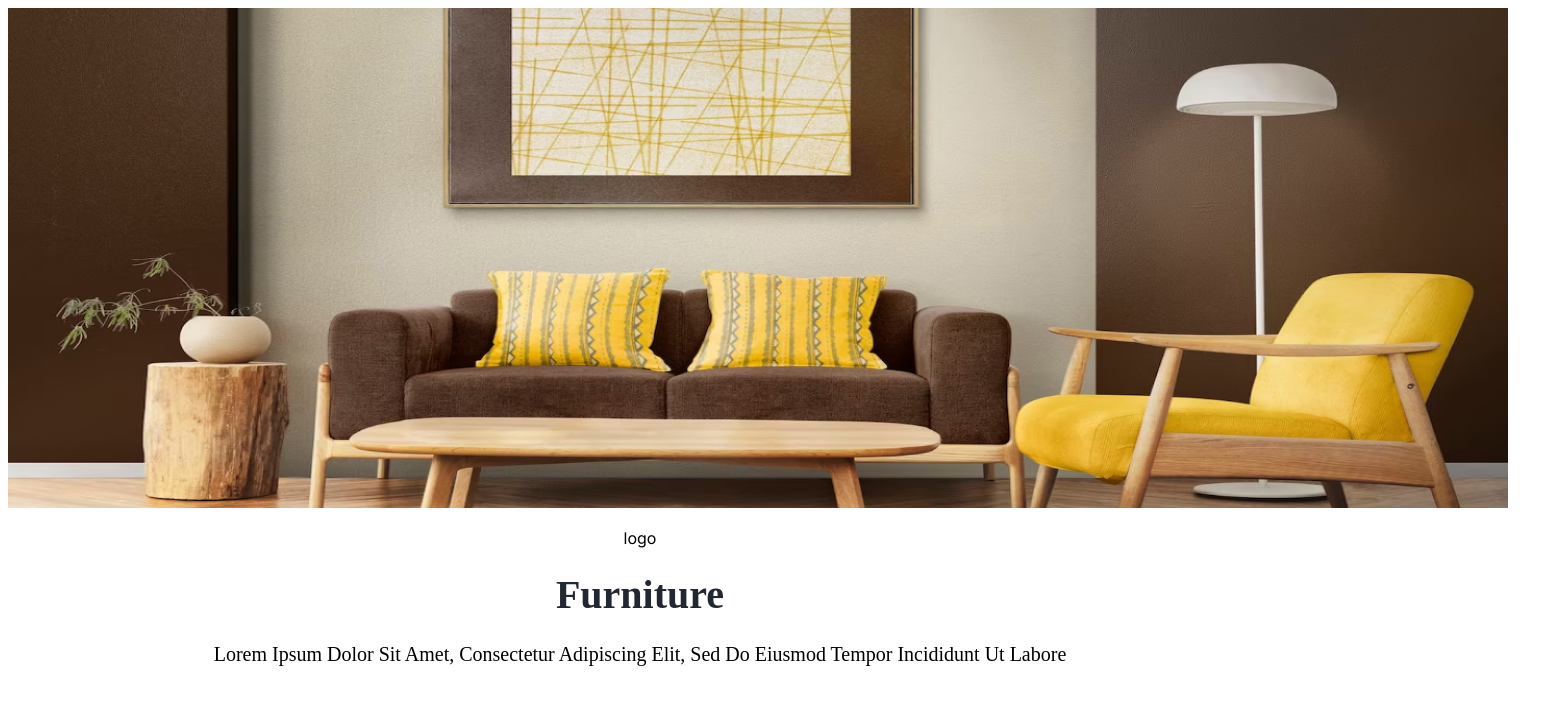
Repository: nikita120402/next13-deploy
Page: /
The author's editor kept a copy of each file at every save. The page is drawn from the files as they stood at one save, then again after the next save.
The browser window is 1280 px wide. The page is 1508 px wide, then 1558 px, then 1508 px, so the pictures cover 1558 px, including what lies to the right of the window. The pictures show the whole page.
The project was rebuilt for these pictures with package versions that can differ from the ones it lists, and the page was loaded fresh each time. The framework's server and built-in components were replaced by stand-ins that run in the browser. Also part of the build but not shown: next.config.js.

Above is the page before, as saved 2023-08-02 00:13:58.

### src/app/page.tsx
import Image from 'next/image'

export default function Page() {
  return (
        <div>
        <Image
      src="/../public/image/Rectangle 25.jpg"
      alt="Picture"
      width={1500}
      height={500}
          />
          <p>logo</p>
          <h1>Furniture</h1>
          <h4>Lorem ipsum dolor sit amet, consectetur adipiscing elit, sed do eiusmod tempor incididunt ut labore </h4>
          </div>

  )

}

### src/app/globals.css
h1{
      text-align: center;
      color: #222831;
font-family: Playfair Display;
font-size: 40px;
font-style: normal;
font-weight: 600;
line-height: 100%; /* 40px */
text-transform: capitalize;
}
h4{
      color: #000;
text-align: center;
font-family: Poppins;
font-size: 20px;
font-style: normal;
font-weight: 400;
line-height: 120%; /* 24px */
text-transform: capitalize;
}
p{
  border-radius: 10px;
  text-align: center;
}

Loaded but not shown: src/app/layout.tsx (common file)

After the next save:
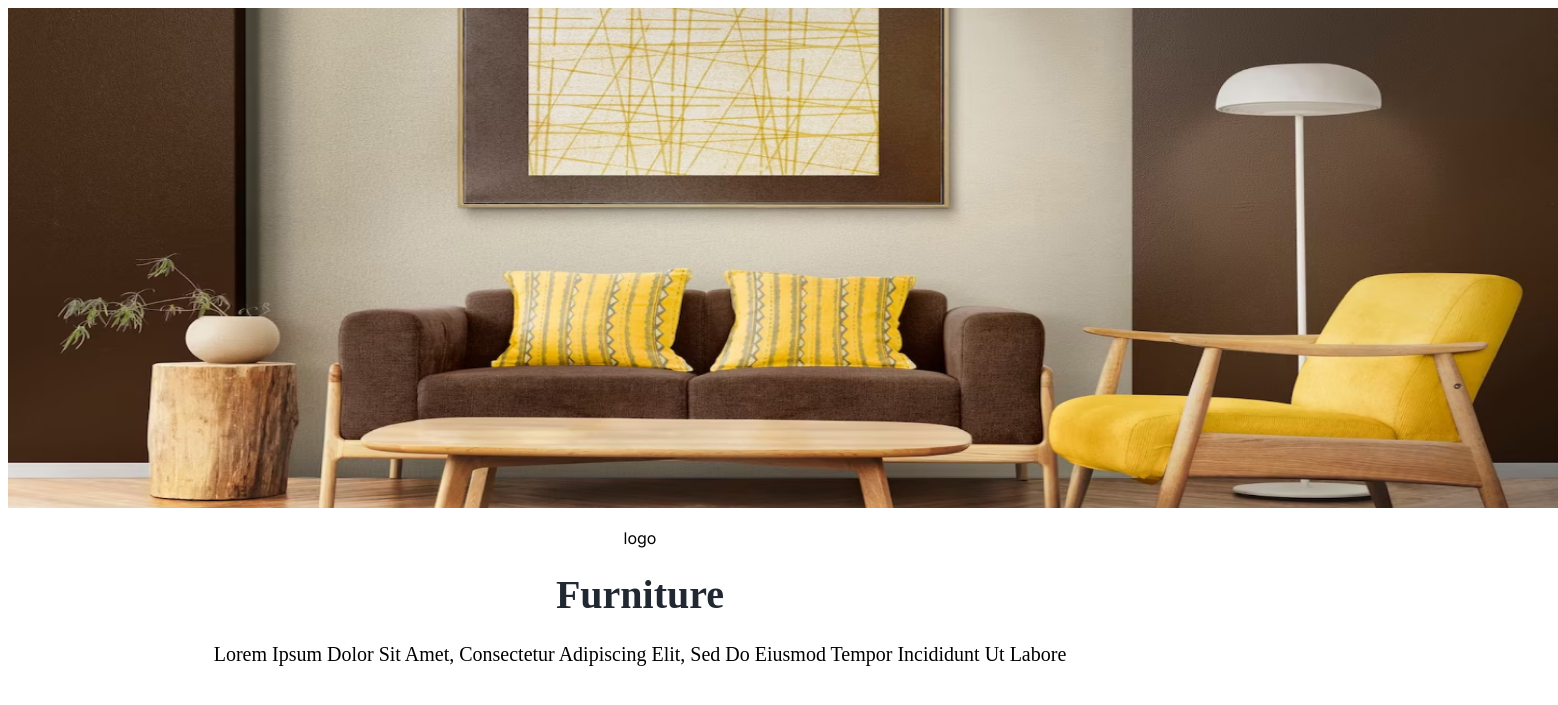
Saved 9 min 55 s later.
--- a/src/app/page.tsx
+++ b/src/app/page.tsx
@@ -6,7 +6,7 @@
         <Image
       src="/../public/image/Rectangle 25.jpg"
       alt="Picture"
-      width={1500}
+      width={1550}
       height={500}
           />
           <p>logo</p>

After the save that followed:
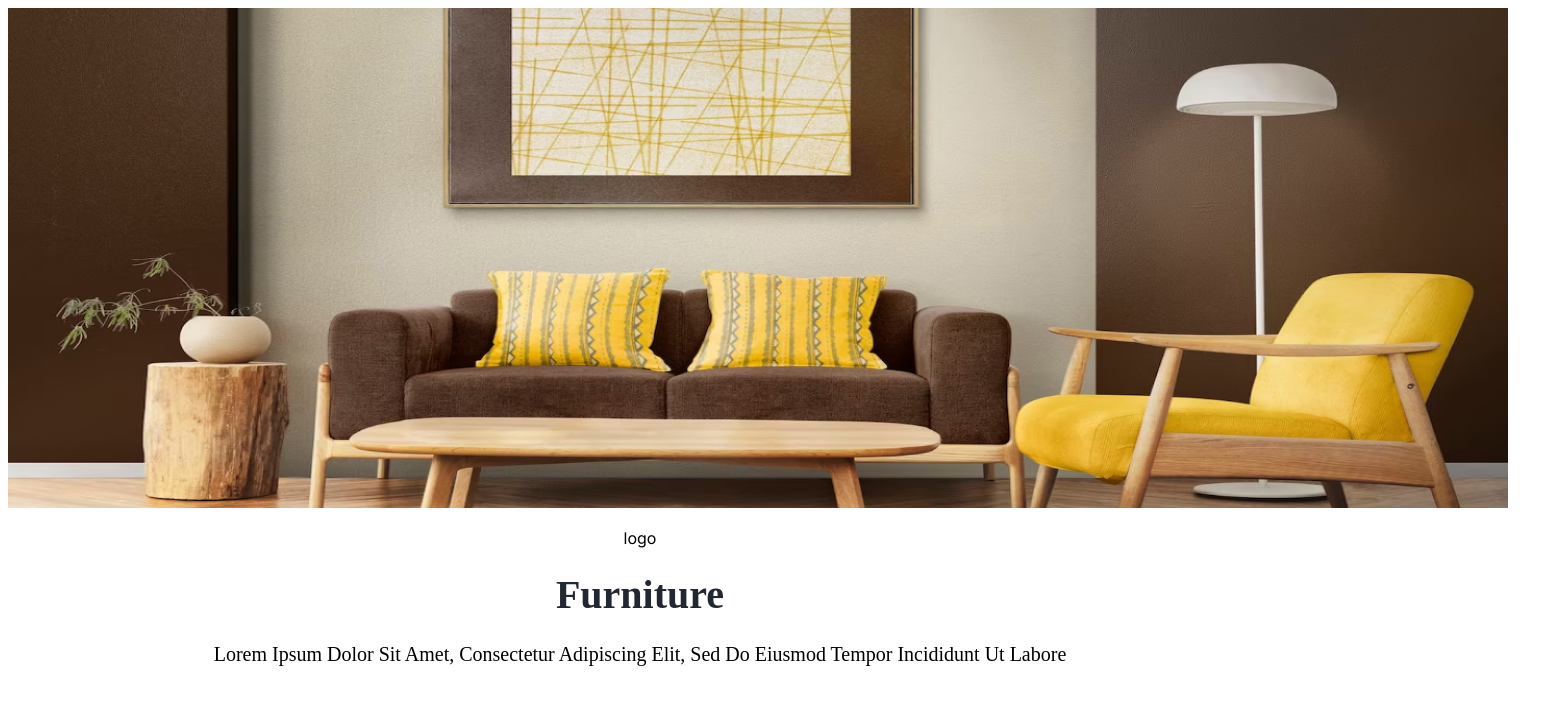
Saved 17 s later.
--- a/src/app/page.tsx
+++ b/src/app/page.tsx
@@ -6,7 +6,7 @@
         <Image
       src="/../public/image/Rectangle 25.jpg"
       alt="Picture"
-      width={1550}
+      width={1500}
       height={500}
           />
           <p>logo</p>
